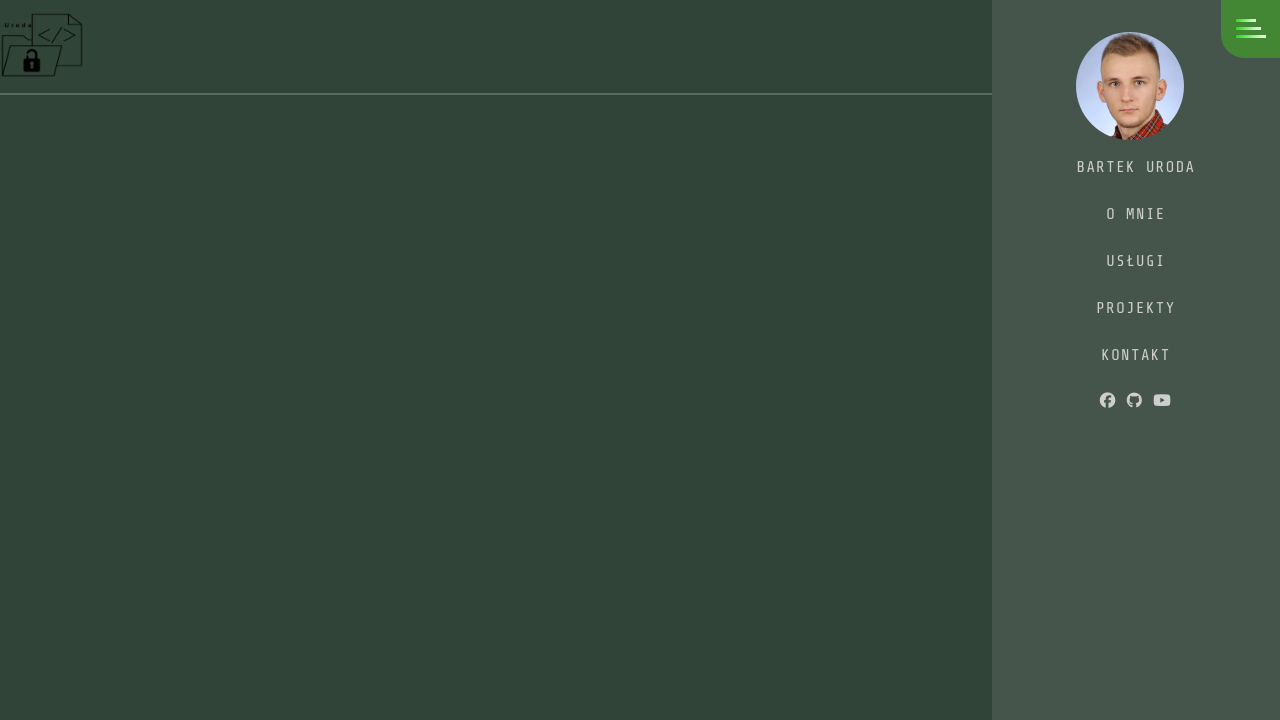
Repository: BartekUroda/portfolio
Page: index.html
The author's editor kept a copy of each file at every save. The page is drawn from the files as they stood at one save, then again after the next save.
The browser window is 1280 px wide. The pictures show the whole page.
After loading, the first visible `div.burger-menu-icon` was clicked once.
Some web libraries are served in a nearby version.

Above is the page before, as saved 2020-10-26 22:31:03.

After the next save:
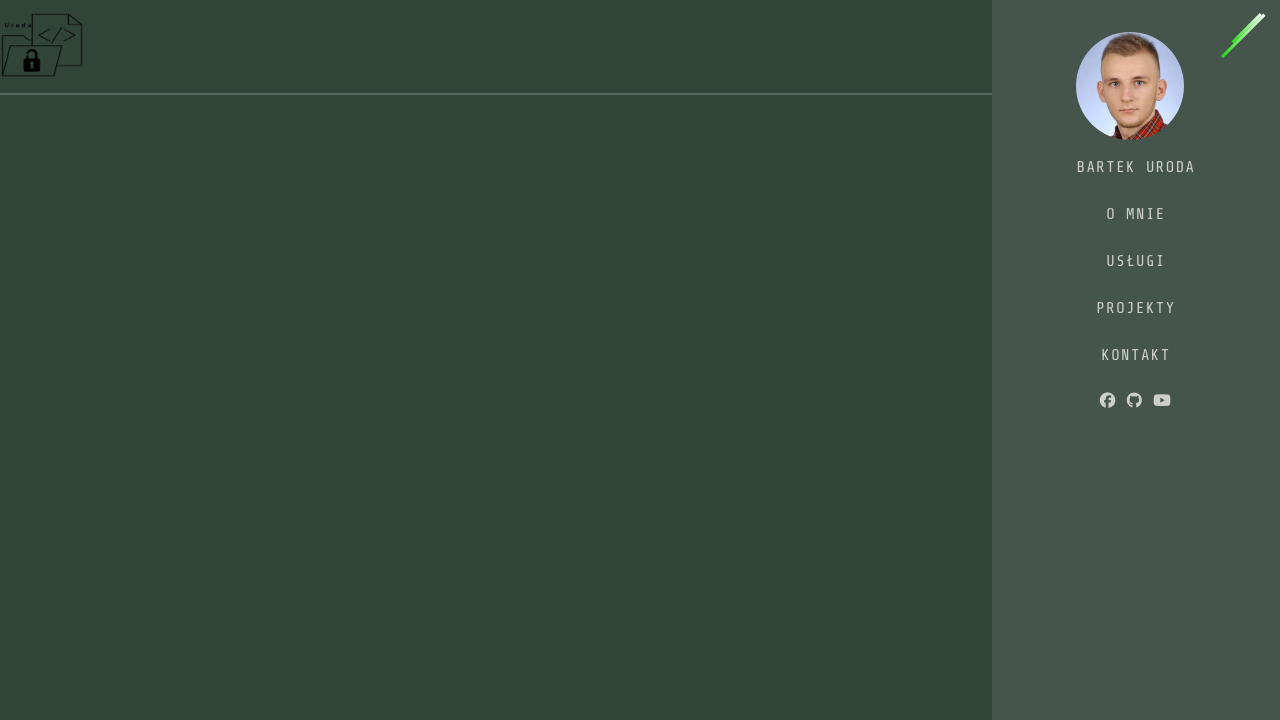
Saved 15 min 4 s later.
--- a/css/style.css
+++ b/css/style.css
@@ -142,3 +142,16 @@ nav {
 .nav-link:hover {
     color: rgb(62, 248, 15);
 }
+.toggle {
+    background: none;
+}
+.toggle .line1 {
+    transform: rotate(-45deg) translate(-5px, 6px) scalex(2);
+}
+.toggle .line2 {
+    opacity: 0;
+}
+.toggle .line3 {
+    transform: rotate(-45deg) translate(-5px, -6px) scalex(2);
+    margin-left: 0px;
+}
--- a/js/main.js
+++ b/js/main.js
@@ -4,4 +4,14 @@ const navLinks = document.querySelectorAll(".nav-link");
 
 selectElement(".burger-menu-icon").addEventListener("click", () => {
     selectElement(".nav-list").classList.toggle("active");
+    selectElement(".burger-menu-icon").classList.toggle("toggle")
+
+    navLinks.forEach((link, index) => {
+        if (link.style.animation){
+            link.style.animation = ""
+        }else{
+            link.style.animation = `navLinkAnimate 0.5s ease forwards ${ index/7 + 0.5}s`
+            console.log(index/7 + 0.5)
+        }
+    })
 });
